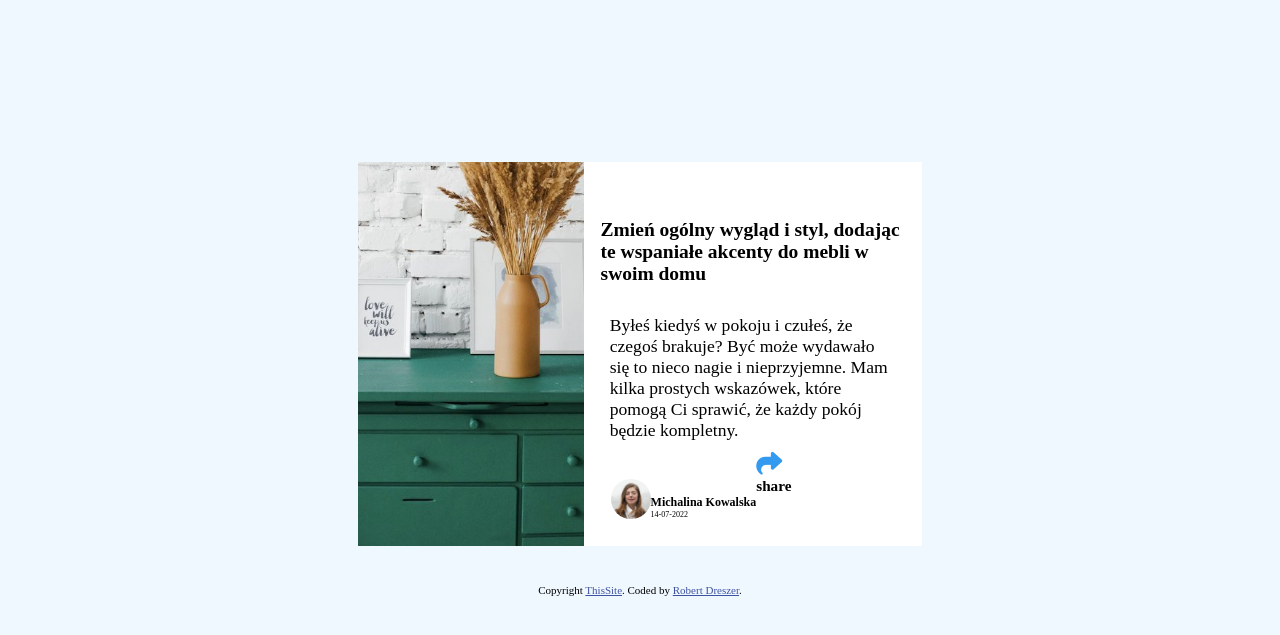
Repository: RobertDsr/komponent-podgl-du-produktu
Page: index.html
The author's editor kept a copy of each file at every save. The page is drawn from the files as they stood at one save, then again after the next save.
The browser window is 1280 px wide. The pictures show the whole page.
Some web libraries are served in a nearby version. The style sheet was rebuilt from its Sass, Less or Tailwind sources for each picture, by a compiler version that may differ from the author's.

Above is the page before, as saved 2022-07-14 13:48:16.

### index.html
<!DOCTYPE html>
<html lang="pl">

<head>
  <meta charset="UTF-8">
  <meta name="viewport" content="width=device-width, initial-scale=1.0">
  <!-- displays site properly based on user's device -->

  <link rel="icon" type="image/png" sizes="32x32" href="./images/favicon-32x32.png">

  <script src="https://kit.fontawesome.com/f1983936fd.js" crossorigin="anonymous"></script>

  <title>Article preview component</title>

  <link rel="stylesheet" href="./design/css/main.min.css">
</head>

<body>

  <div class="wrapper">
    <div class="columns">
      <div class="columnLeft"></div>
      <div class="columnRight">
        <section class="articleDescription">
          <h1 class="Title">Zmień ogólny wygląd i styl, dodając te wspaniałe akcenty do mebli w swoim domu</h1>
          <p>Byłeś kiedyś w pokoju i czułeś, że czegoś brakuje? Być może wydawało się to nieco nagie i nieprzyjemne. Mam
            kilka prostych wskazówek, które pomogą Ci sprawić, że każdy pokój będzie kompletny.</p>
          <div class="author">
            <img src="./images/avatar-michelle.jpg" alt="Michelle" class="imgAuthor">
            <div class="divAuthorName">
              <h2 class="authorName">Michalina Kowalska</h2>
              <time datetime="2022-07-14">14-07-2022</time>
            </div>
            <div class="socialMedia">
              <i class="fa-solid fa-share fa-2x" style="color: #339af0;"></i>
              <div class="popup">
                <div class="mediaWrapper">
                  <h3>share</h3>
                  <img class="img1" src="./images/icon-facebook.svg" alt="ikona facebooka">
                  <img class="img2" src="./images/icon-twitter.svg" alt="ikona twittera">
                  <img class="img3" src="./images/icon-pinterest.svg" alt="ikona pinteresta">
                </div>
              </div>
            </div>
          </div>
        </section>
      </div>
    </div>
    <footer>
      <div class="attribution">
        Copyright <a href="https://robertdreszer.pl/" target="_blank">ThisSite</a>.
        Coded by <a href="https://robertdreszer.pl/">Robert Dreszer</a>.
      </div>
    </footer>
  </div>
</body>

</html>

### design/scss/main.scss
* {
    box-sizing: border-box;
    margin: 0;
    padding: 0;
}

body {
    font-size: 13px;
}
.wrapper {
    align-items: center;
    background-color: aliceblue;
    display: flex;
    flex-direction: column;
    justify-content: center;
    min-height: 100vh;
    min-width: 100vw;
    max-width: 1440px;
    overflow: hidden;
}

.columns {
    display: flex;
    padding: 3%;
    // justify-content: space-around;
    width: 50%;
}

.columnLeft {
    background: url(../../images/drawers.jpg) center/cover;
    width: 40%;
}

.columnRight {
    background-color: #fff;
    padding: 10% 3% 3%;
    width: 60%;
}

.title {
    font-size: 1.45rem;
}

.articleDescription p {
    font-size: 1.1rem;
    padding: 10% 3% 0;
}

.author {
    display: flex;
    padding: 10px;
    align-items: flex-end;
}

.imgAuthor {
    width: 40px;
    height: 40px;
    border-radius: 50%;
}

.divAuthorName {
    font-size: 0.5rem;
}
.attribution { font-size: 11px; text-align: center; }
.attribution a { color: hsl(228, 45%, 44%); }

After the next save:
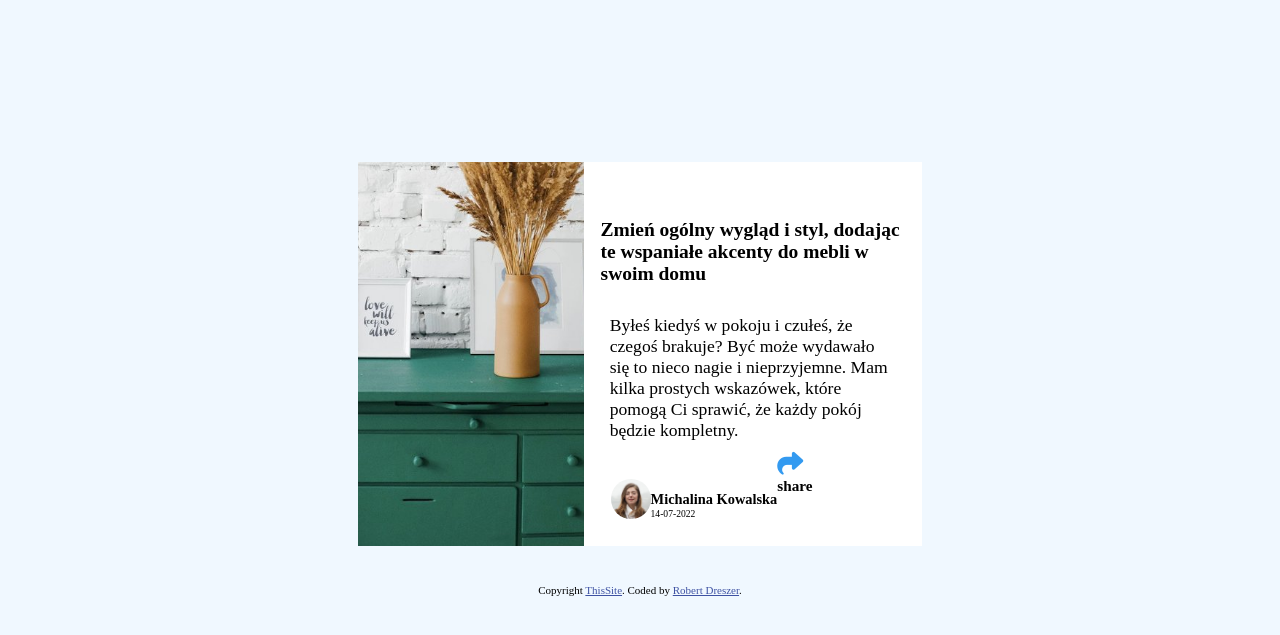
Saved 20 s later.
--- a/design/scss/main.scss
+++ b/design/scss/main.scss
@@ -59,7 +59,7 @@ body {
 }
 
 .divAuthorName {
-    font-size: 0.5rem;
+    font-size: 0.6rem;
 }
 .attribution { font-size: 11px; text-align: center; }
 .attribution a { color: hsl(228, 45%, 44%); }
